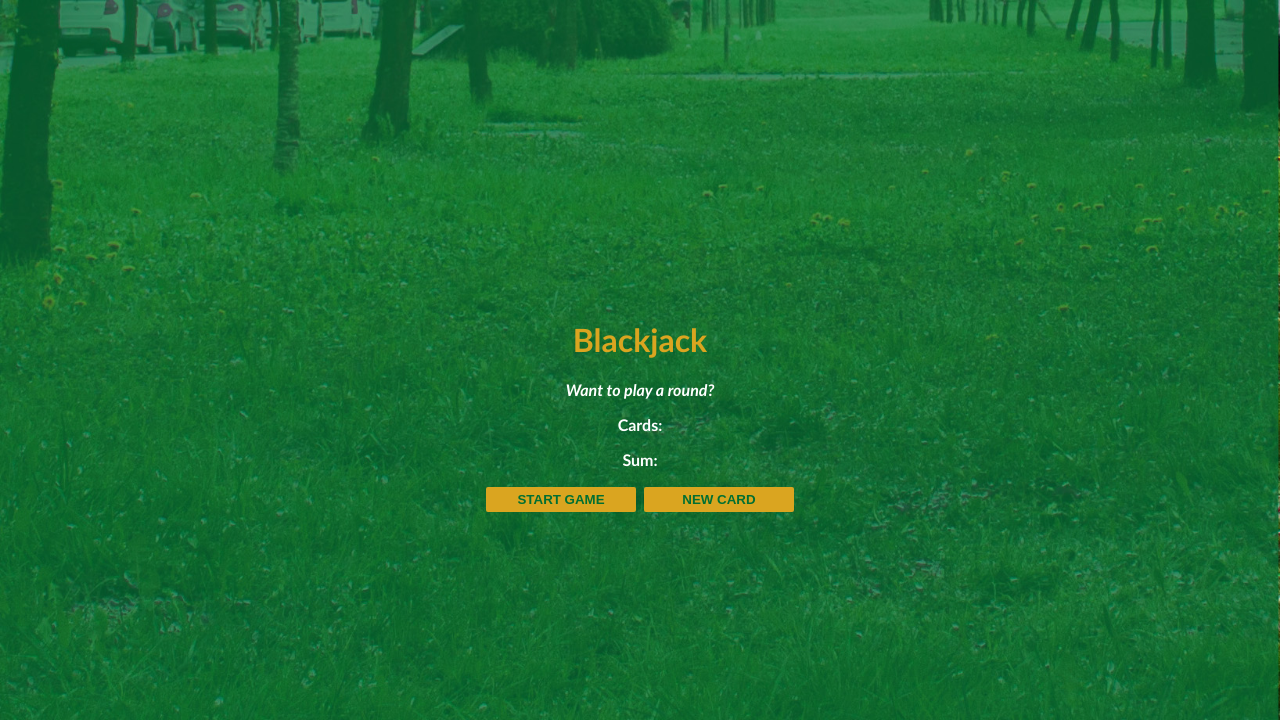
Repository: Samkiroko/black_jack
Page: index.html
An editor plug-in stored every save of this project. The page is shown before and after the next save, followed by the edit.
The browser window is 1280 px wide. The pictures show the whole page.

Above is the page before, as saved 2022-04-30 12:41:37.

After the next save:
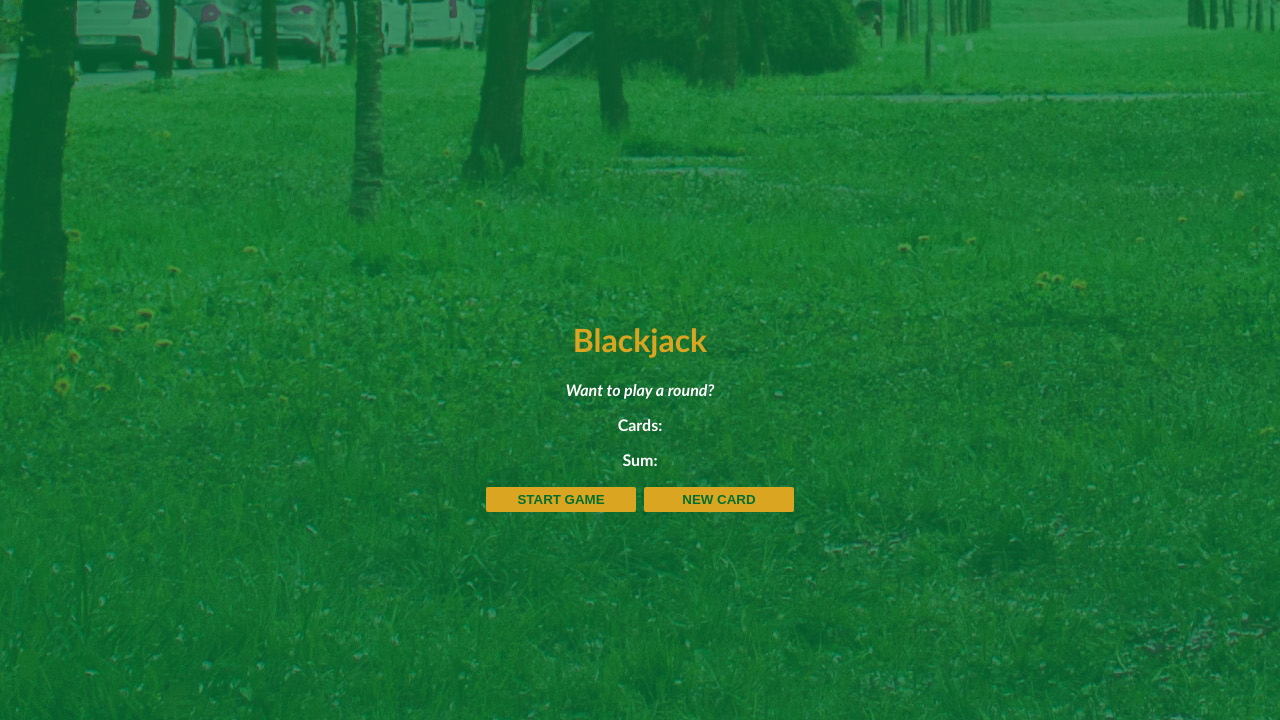
Saved 39 s later.
--- a/index.css
+++ b/index.css
@@ -1,7 +1,7 @@
 body {
     font-family: 'Trebuchet MS', 'Lucida Sans Unicode', 'Lucida Grande', Arial, sans-serif;
     background-image: url('img/green.jpg');
-    background-size: cover;
+    background-size: auto;
     background-repeat: no-repeat;
     font-weight: bold;
     color: white;
